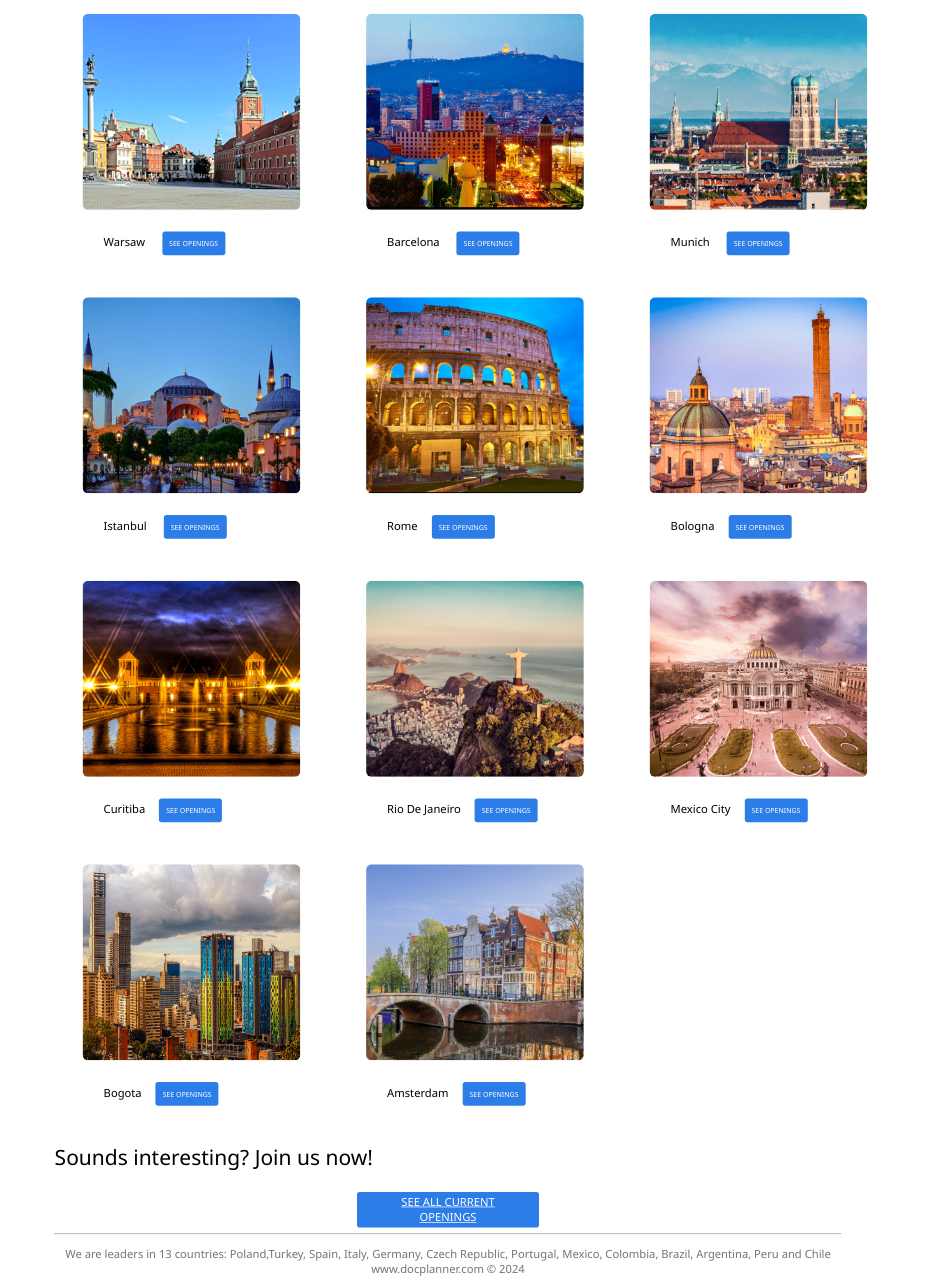
Repository: awa-creator/Checkpoint4
Page: doc.html
The author's editor kept a copy of each file at every save. The page is drawn from the files as they stood at one save, then again after the next save.
The browser window is 1280 px wide. The page is 1328 px wide, so the pictures cover 1328 px, including what lies to the right of the window. The pictures show the part of the page from y = 1794 to 3634 px (the page is 3634 px tall), at 70% of full size.

Above is the page before, as saved 2024-09-24 21:48:18.

### doc.html
<!DOCTYPE html>
<html lang="en">
<head>
    <meta charset="UTF-8">
    <meta name="viewport" content="width=device-width, initial-scale=1.0">
    <title>Document</title>
    <link rel="stylesheet" href="style1.css">

</head>

<body>
        <header class="Doc_header" >
           <img class="doc_logo" src="image/imagdocplanner/logo-default-group-en.svg" alt="logo" width="238px" height="33px">
            <ul class="nav_menu">
            <li><h4 class="H">A About us</h4></li>
        <li><h4 class="H"> Career</h4></li>
        <li><h4 class="H">Departments</h4></li>
    </ul>
</header>
    <section class="Introduction">
        <div >
            <center><img class="idps" src="image/imagdocplanner/sygnet.png" alt=""></center>
        </div>
               <h1 class="tittle_intro" >Making the healthcare experience more human</h1>
        <div class="intro_text">
        <div class="div1"><p>We want patients to find the perfect doctor and book an appointment in the most easy way. The patient journey should be enjoyable, and that's why we are always next to them: to help them find the best possible care. Anytime, anywhere.</p>
        </div>
            <div class="div2"><p> We also help doctors to better manage their practice and build their  online reputation. With our integrated end-to-end solution, doctors  are able not only to improve their online presence, but also to  devote their time to what really matters: their patients.</p>
            </div>
            </div>
        </section>
        <section class="box">
            <div class="boxp">
                <img src="image/imagdocplanner/icon-patients.svg" alt="">
                <h2 class="text">For patients</h2> <p class="boxtext">Find a doctor, book a <br> visit and solve any <br> health-related doubt</p>
             <div class="">
   <select  class="choose_c" name="selectp" id="">
    <option value="">Choose a country</option>
    <option value="">Tunisia</option>
    <option value="">Morocco</option>
    <option value="">Senegal</option>
    <option value="">England</option>
    <option value="">Sweden</option>
    <option value="">France</option>
    <option value="">Saudi Arabia</option>
    <option value="">Japan</option>
   </select>
             </div>
            </div>
            <div class="boxd">
                <img src="image/imagdocplanner/icon-doctors.svg" alt=""> <h2 class="text">For doctors</h2> <p class="boxtext">Save time managing <br>visits and cut no- <br>shows by half</p>
            <div class="selectd">
                <select class="choose_c" name="" id="">
                    <option class="choose_c" value="">Choose a country</option>
                    <option value="">Argentina</option>
                    <option value="">Brazil</option>
                    <option value="">Chili</option>
                    <option value="">Colombia</option>
                    <option value="">Czech</option>
                    <option value="">Germany</option>
                    <option value="">Italy</option>
                    <option value="">Mexico</option>
                    <option value="">Peru</option>
                    <option value="">Poland</option>
                    <option value="">Spain</option>
                    <option value="">Turkey</option>
                   </select>
            </div>
            </div>
            <div class="boxc">
                <img src="image/imagdocplanner/icon-clinics.svg" alt=""> <h2 class="text">For clinics</h2> <p class="boxtext">Deliver an exceptional <br> patient experience in <br> your clinic</p>
            <select class="choose_c"name="" id="">
                <option value="">2 to 20 specialists</option>
                    <option value="">Brazil</option>
                    <option value="">Czech</option>
                    <option value="">Germany</option>
                    <option value="">Italy</option>
                    <option value="">Mexico</option>
                    <option value="">Poland</option>
                    <option value="">Spain</option>
                    <option value="">Turkey</option>
            </select> <br><br>
            <select  class="choose_c"name="" id="">
                <option  value="" >More than 20 specialists</option>
                <option value="">Brazil</option>
                <option value="">Italy</option>
                <option value="">Mexico</option>
                <option value="">Poland</option>
                <option value="">Spain</option>
            </select>
            </div>
        </section>
        <section  on class="brand_section">
            <p class="brand_intro"> We are a global <br> company <br> with local culture </p>
            <ul class="brand_logo">
            <a href=""><img class="im" src="image/imagdocplanner/sygnet.png" alt="">Znanylekarz</a>
            <a href=""><img class="im" src="image/imagdocplanner/sygnet.png" alt="">Doctoralia</a>
            <a href=""><img class="im" src="image/imagdocplanner/sygnet.png" alt="">Miodottore</a>
            <a href=""><img class="im" src="image/imagdocplanner/sygnet.png" alt="">Doktortakvimi</a>
            <a href=""><img class="im" src="image/imagdocplanner/sygnet.png" alt="">Znamylekar</a>
            <a class="bl" href="https://www.jameda.de/"><img class="jameda" src="image/imagdocplanner/logo-jameda.svg" alt=""></a>
            <a href="https://tuotempo.com/powered-by-tuotempo"><img class="tuotempo" src="image/imagdocplanner/logo-tuotempo.svg" alt="" width="140px" height="30px"></a>
            <a href="https://gipo.it/?redirect_origin=www.gipo.it"><img class="gipo" src="image/imagdocplanner/logo-gipo-primary.svg" alt=""></a>
            <a href="href=https://clinic-cloud.com/"><img class="clinic" src="image/imagdocplanner/logo-clinicloud.svg" alt="" > </a>
            <a  href="href=https://feegowclinic.com.br/"><img class="feegowclinic"  src="image/imagdocplanner/logo-feegow.svg" alt=""></a>
            <a  href="href=https://mydr.pl/welcome/"><img class="mydr" src="image/imagdocplanner/my-dr-edm-logo.svg" alt="" ></a>
        </ul>
    </section>
        <section class="platform">
            <div class="plat">
            <h1 class="iplat"> The world's biggest <br>healthcare platform</h1>
<p class="p_plat">We work from 9 offices all over the world, bringing Docplanner Group <br>to life in 13 countries. <br></p></div>
  <img class="logsynget" src="image/imagdocplanner/logo.png" alt="" >
<center><div class="grid">
                        <div class="column1a">
                   <img class="ilog" src="image/imagdocplanner/flag.png" alt="">  <h4 class="tittlegrid">Leader in 13 <br>countries </h4> <p class="textgrid">Poland, Brazil, Mexico, Spain, Italy, Germany, Turkey, Colombia, Czech Republic, Portugal, Argentina, Peru and Chile</p>
                        </div>
                        <div class="column1b">
                            <img class="ilog"  src="image/imagdocplanner/patients.png" alt=""><h4 class="tittlegrid">90,000,000 <br>patients</h4><p class="textgrid">visit our websites each month</p>
                                </div>
                        <div class="column2a">
                            <img class="ilog"  src="image/imagdocplanner/visits.png" alt=""> <h4 class="tittlegrid">22,000,000 <br>appointments</h4><p class="textgrid">booked last month</p>
                                </div>

                <div class="column2b">
                    <img class="ilog"  src="image/imagdocplanner/doctors.png" alt=""><h4 class="tittlegrid">260,000 <br>active doctors</h4> <p class="textgrid">trust our solutions</p>
                        </div>   </center>
                    </div>
                </section>
        <section class="contries">
            <center><h1 class="h1_contrie">Improve the lives of millions. <br>Change yours forever.</h1></center>
            <center><p class="p_contrie"> More than 2800 team mates share our same vision,<br> goals and passion.With offices in Warsaw, Barcelona, Munich, Istanbul, Rome, Rio, Bologna,<br> Mexico City and Curitiba, our search for great talent never stops. </p></center>
        </section>
       <section>
            <ul class="picture" >
     <li class="contry1">
        <img class="coun" src="image/imagdocplanner/warsaw.png" alt=""><div class="count">Warsaw <a href="#">SEE OPENINGS</a></div></li>
<li class="country2">
<img class="coun"  src="image/imagdocplanner/barcelona.png" alt=""><div class="count">Barcelona <a href="#" target="_blank" rel="noopener noreferrer">SEE OPENINGS</a></div>
</li>
<li class="country3">
<img class="coun" src="image/imagdocplanner/munich.png" alt=""><div class="count">Munich <a href="#" target="_blank" rel="noopener noreferrer">SEE OPENINGS</a></div>
</li>
<li class="country3">
<img class="coun" src="image/imagdocplanner/istanbul.png" alt=""> <div class="count">Istanbul <a href="#" target="_blank" rel="noopener noreferrer">SEE OPENINGS</a></div>
</li>
<li class="country4">
<img class="coun" src="image/imagdocplanner/rome.png" alt=""><div class="count">Rome<a href="#" target="_blank" rel="noopener noreferrer">SEE OPENINGS</a></div>
</li>
<li class="country5">
<img class="coun" src="image/imagdocplanner/bologna.png" alt=""><div class="count">Bologna<a href="#" target="_blank" rel="noopener noreferrer">SEE OPENINGS</a></div>
</li>
<li class="country6">
    <img class="coun" src="image/imagdocplanner/curitiba.png" alt=""><div class="count">Curitiba<a href="#" target="_blank" rel="noopener noreferrer">SEE OPENINGS</a></div>
    </li>
    <li class="country7">
        <img class="coun" src="image/imagdocplanner/rio-janeiro.png" alt=""><div class="count">Rio De Janeiro<a href="#" target="_blank" rel="noopener noreferrer">SEE OPENINGS</a></div>
        </li>
        <li class="country8">
            <img class="coun" src="image/imagdocplanner/mexico-city.png" alt=""><div class="count">Mexico City<a href="#" target="_blank" rel="noopener noreferrer">SEE OPENINGS</a></div>
            </li>
            <li class="country9">
                <img class="coun" src="image/imagdocplanner/bogota.png" alt="" ><div class="count">Bogota<a href="#" target="_blank" rel="noopener noreferrer">SEE OPENINGS</a></div>
                </li>
                <li class="country10">
                    <img class="coun" src="image/imagdocplanner/amsterdam.png" alt=""><div class="count">Amsterdam<a href="#" target="_blank" rel="noopener noreferrer">SEE OPENINGS</a></div>
                    </li>
                </ul>
            </section>
<section>
    <p class="conclu"> Sounds interesting? Join us now!</p>
   <center><div class="finish">SEE ALL CURRENT OPENINGS</div></center>
</section>



</body>
<footer> <hr>
    <p class="end">We are leaders in 13 countries: Poland,Turkey, Spain, Italy, Germany, Czech Republic, Portugal, Mexico, Colombia, Brazil, Argentina, Peru and Chile
    <br>www.docplanner.com © 2024 </p>

</footer>
</html>

### style1.css
body{
    font-family: 'Segoe UI', Tahoma, Geneva, Verdana, sans-serif;
    padding-left: 70px;
    padding-right: 70px;

    }
.Doc_header{
    display: inline;
    padding: 10px;
    margin: 10px;
    display: flex;
    justify-content: space-between;
    align-content: space-between;
    position: sticky;
}
.doc_logo{
    display: flex;
    justify-content: center;
}
.nav_menu{
    display: flex;
    justify-content: space-between;
    margin:0px;
    padding: 0px;
    list-style-type: none;
    color: #747474;
}
.div1,.div2{
    float: left;
    padding: 10px;
}
.H{
    margin: 10px;
}
.idps{
    display: flex;
    align-self: center;
}

.log{
    text-align: center;
}

.tittle_intro{
text-align: center;
color:#00b39b;
font-size:2em;
font-family:Arial, Helvetica, sans-serif;
font-weight: normal;
}
.intro_text{
    display: flex;
    justify-content: space-around;
    color:#747474;
    font-family: system-ui, -apple-system, BlinkMacSystemFont, 'Segoe UI', Roboto, Oxygen, Ubuntu, Cantarell, 'Open Sans', 'Helvetica Neue', sans-serif;
    font-size: 16px;
    margin:20px;
}
.box{
    display: flex;
    margin: 30px;
    width: 80%;
    flex-direction: row;
    margin-left: 10%;

}

.boxp{
    background-color:#00ccb1;
   padding: 10px;
   border-radius: 10px;
   color: white;
   margin: 10px;
   height: 300px;
   flex-basis: 48%;
   width: 20%;
}
.boxd{
    background-color:#3d83df ;
   padding: 10px;
   border-radius: 10px;
   color: white;
   margin: 10px;
   height: 300px;
   flex-basis: 48%;
   width:20%;
}
.boxc {
    background-color:#1b2734;
    padding: 10px;
    border-radius: 10px;
    color: white;
    margin: 10px;
    height: 300px;
    flex-basis: 48%;
    width:20%;
}
.text{
    font-family: Arial, Helvetica, sans-serif;
    font-weight: normal;
    font-size: 28px;
}
.boxtext{
    font-weight: normal;
    font-size: 24px;
}
.selectp{
    background-color: none;
}
.choose_c{
    background-color: transparent;
    color: #FFF;
    border: transparent;
    text-decoration: underline;
    font-size: 15px;
}
.brand_intro{

    color: #00b39b;
    font-size: 24px;
margin-left: 200px;

}
.brand_section{
    display: flex;
    justify-content: space-between;
    padding: 20px;
    margin: -40px;
}
.brand_logo {
    display: grid;
    grid-template-columns: repeat(4,110px);
    grid-template-rows: repeat(3,70px);
    margin-right: 160px;
    font-weight: 600;
    filter:grayscale(100%);
}
a{
    text-decoration: none;
}
.im{
   display: grid;
    height: 25px;
    width:25px;
    filter:grayscale(100%);
   grid-template-columns: repeat(4, 1fr);
    grid-template-rows: repeat(3, 1fr);
    margin-left: -25px;
    margin-bottom: -25px;
}
.jameda{

    filter:grayscale(100%);
    margin-bottom: -5px;

}
.tuotempo{
    width: 100px;
    filter:grayscale(100%);
    margin-top: -5px;
}
.gipo{
    width: 40px;
    filter:grayscale(100%);
    margin-top: -10px;
    margin-left: 20px;
}
.clinic{
    width: 60px;
    filter:grayscale(100%);
    margin-top: -10px;
}
.feegowclinic{
    width: 90px;
    filter:grayscale(100%);
    margin-top: -10px;
}
.mydr{
    width: 100px;
    filter:grayscale(100%);
    margin-top: -10px;
}


.platform{
    background-color: #e5faf8;
    max-height: 600px;
    overflow: hidden;
}
.plat{
    color:#34b99d;

}
.logosy{
    padding-left: 50px;
    padding-top: 50px;
}
.logsynget{
    padding-left: 50px;
    padding-top: 50px;
    overflow: hidden;
}
.iplat{
    font-weight: normal;
    font-size: 34px;
    margin-left: 70px;
    margin-bottom: -40px;

}
.p_plat{
    color: #747474;
    margin-left: 70px;
    padding-bottom: 60px
}
.grid{
    display: grid;
    gap: 20px;
    grid-template-columns: repeat(2, 1fr);
    position: relative;
    border-radius: 10px;
    margin-left: 600px;
    margin-top:-600px;
    width: 40%;
    height: 80%;
    padding: 40px;
}
.tittlegrid{
    font-weight: normal;
    color: #00b39b;
}
.column1a{
    background-color:#FFF;
    border-radius: 5px;
    height: auto;
}
.column1b{
    background-color:#FFF;
    border-radius: 5px;
    height: auto;
    transform: translateY(-30px);
}
.ilog{
    margin-top: 30px;
}
.column2a{
    background-color:#FFF;
    border-radius: 5px;
  height: auto;

}
.column2b{
    background-color:#FFF;
    border-radius: 5px;
  height: auto;
  transform: translateY(-30px);
}

.textgrid{
    color: #747474;
    font-family: system-ui, -apple-system, BlinkMacSystemFont, 'Segoe UI', Roboto, Oxygen, Ubuntu, Cantarell, 'Open Sans', 'Helvetica Neue', sans-serif;
 font-size: 13px;
}
.h1_contrie{
    color: #00b39b;
    font-weight: normal;
    padding: 5px;
 font-size: 30px;
}
.p_contrie{
    color: #747474;
    margin: 22px;
    font-size: 14px;
    padding: 20px;
}
.contries{
    justify-content: center;
}
.picture{
    display: grid;
    grid-template-columns: repeat(3, 400px);
    grid-template-rows: repeat(3, 400px);
    list-style-type: none;
    grid-gap: 5px;
    margin: auto;
}
.coun{
    border-radius: 8px;
    width: 311px;
    height:280px;
}

.count a{
    width: 70px;
    height: 15px;
    left: 200px;
    top: -50px;
    background-color: #2c7de7;
    color: white;
    font-size: .625rem;
    padding: 1em 1.5em;
    border-radius: 4px;
    bottom: 10px;
    margin-left: 60px;
}
.count,.count a{
    margin: 20px;
    padding: 10px;
}
.conclu{
font-size: 30px ;
}
.finish{
   text-decoration: underline;
    width: 210px;
    height: 1px;
    background-color: #2c7de7;
    color: white;
    padding: 25px;
    border-radius: 4px;
    display: flex;
    align-items: center;
}
.end{
    color: #747474;
    text-align: center;
}

After the next save:
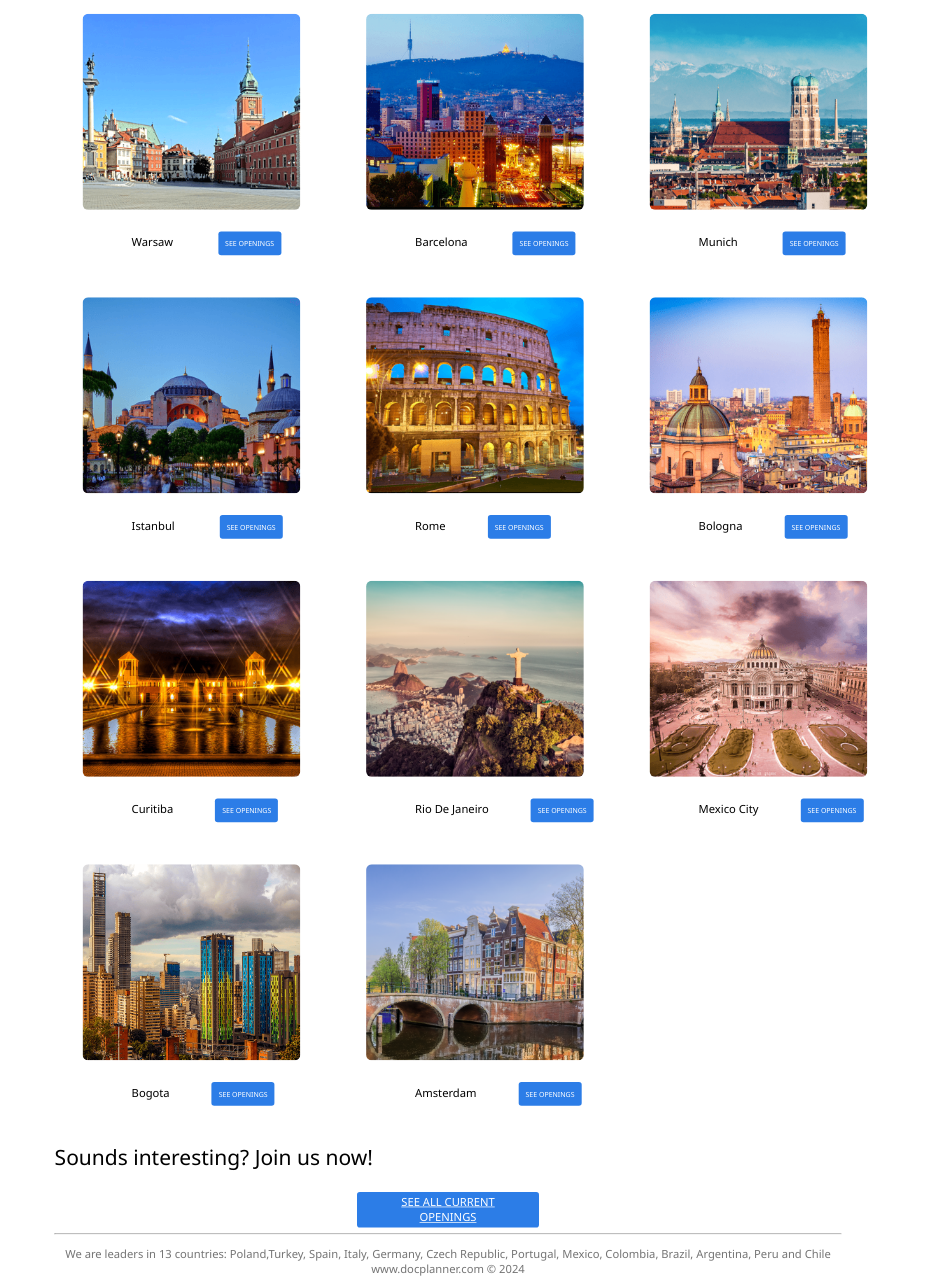
Saved 49 s later.
--- a/style1.css
+++ b/style1.css
@@ -300,11 +300,12 @@
     padding: 1em 1.5em;
     border-radius: 4px;
     bottom: 10px;
-    margin-left: 60px;
+
 }
 .count,.count a{
     margin: 20px;
     padding: 10px;
+    margin-left: 60px;
 }
 .conclu{
 font-size: 30px ;

After the save that followed:
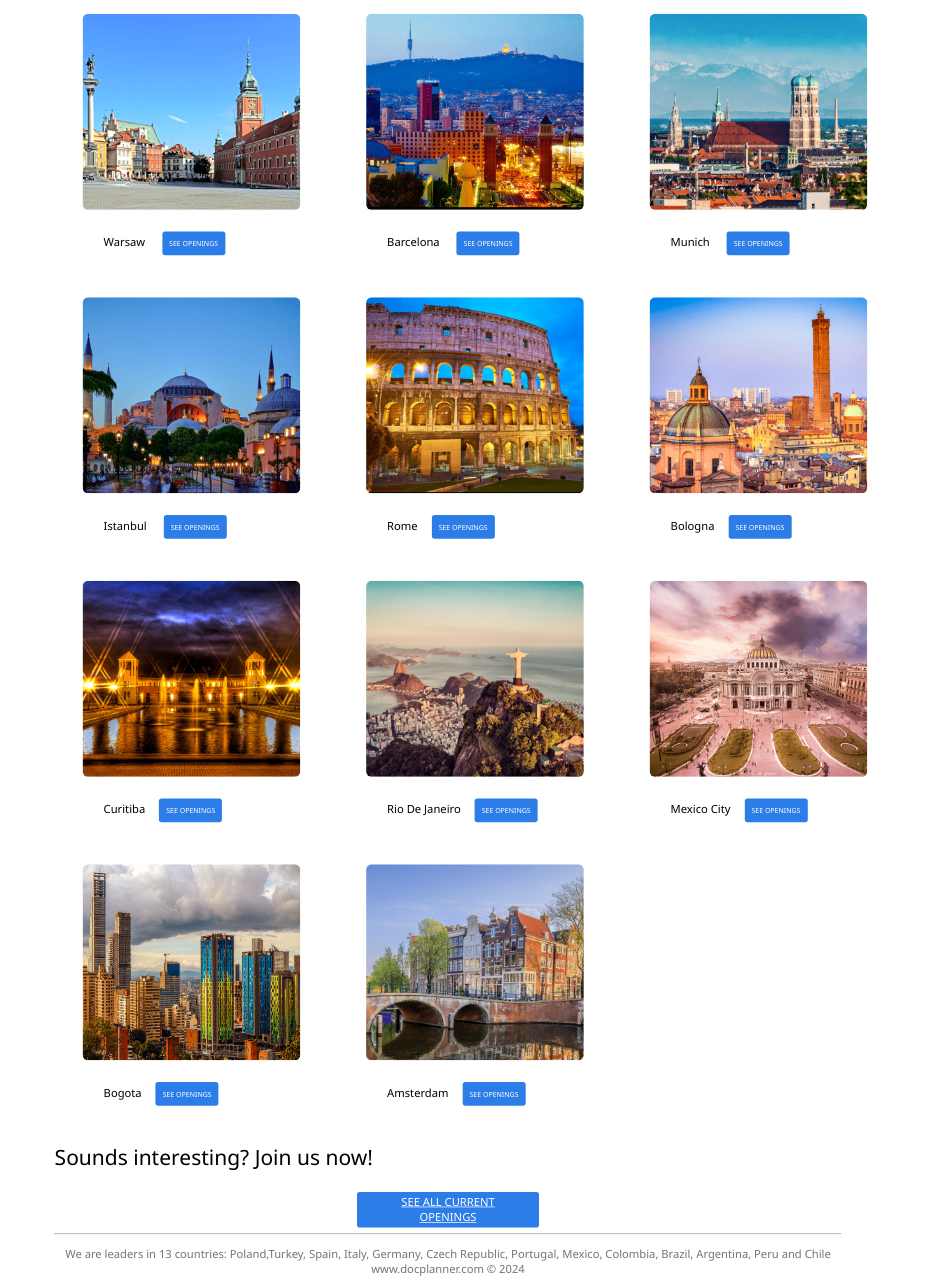
Saved 2 min 13 s later.
--- a/style1.css
+++ b/style1.css
@@ -288,7 +288,9 @@
     width: 311px;
     height:280px;
 }
-
+.count{
+    margin-left: 10px;
+}
 .count a{
     width: 70px;
     height: 15px;
@@ -305,7 +307,6 @@
 .count,.count a{
     margin: 20px;
     padding: 10px;
-    margin-left: 60px;
 }
 .conclu{
 font-size: 30px ;
